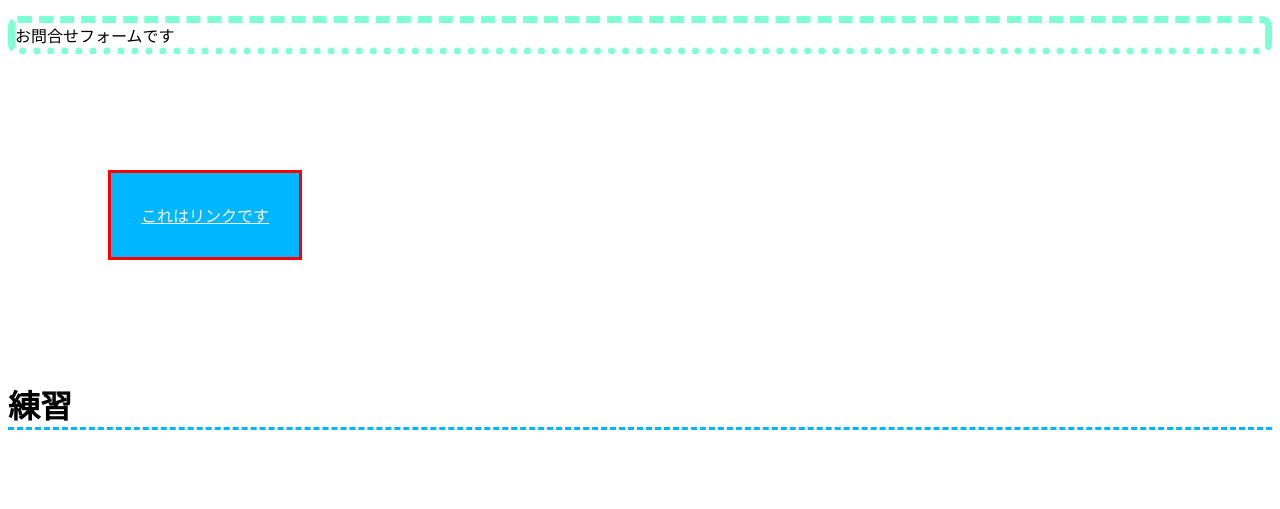
Repository: Jutta197/frontend726
Page: css_ex/box_model/index.html
The author's editor kept a copy of each file at every save. The page is drawn from the files as they stood at one save, then again after the next save.
The browser window is 1280 px wide. The pictures show the whole page.

Above is the page before, as saved 2023-07-28 15:08:12.

### css_ex/box_model/index.html
<!DOCTYPE html>
<html lang="en">

<head>
    <meta charset="UTF-8">
    <meta name="viewport" content="width=device-width, initial-scale=1.0">
    <title>Document</title>
    <link rel="stylesheet" href="style.css">
</head>

<body>
    <p>お問合せフォームです</p>
    <a href="">これはリンクです</a>
    <h1>練習</h1>

</body>

</html>

### css_ex/box_model/style.css
a {
    display: inline-block;
    background-color: rgb(0, 183, 255);
    color: white;
    /*borderを入れる*/
    border: 3px solid red;
    padding: 30px;
    margin: 100px;
}

p {
    border-style: dashed solid dotted;
    border-width: 7px;
    border-color: aquamarine;
    border-radius: 10px;
}

h1 {
    border-bottom: 3px dashed rgb(0, 183, 255);
}

After the next save:
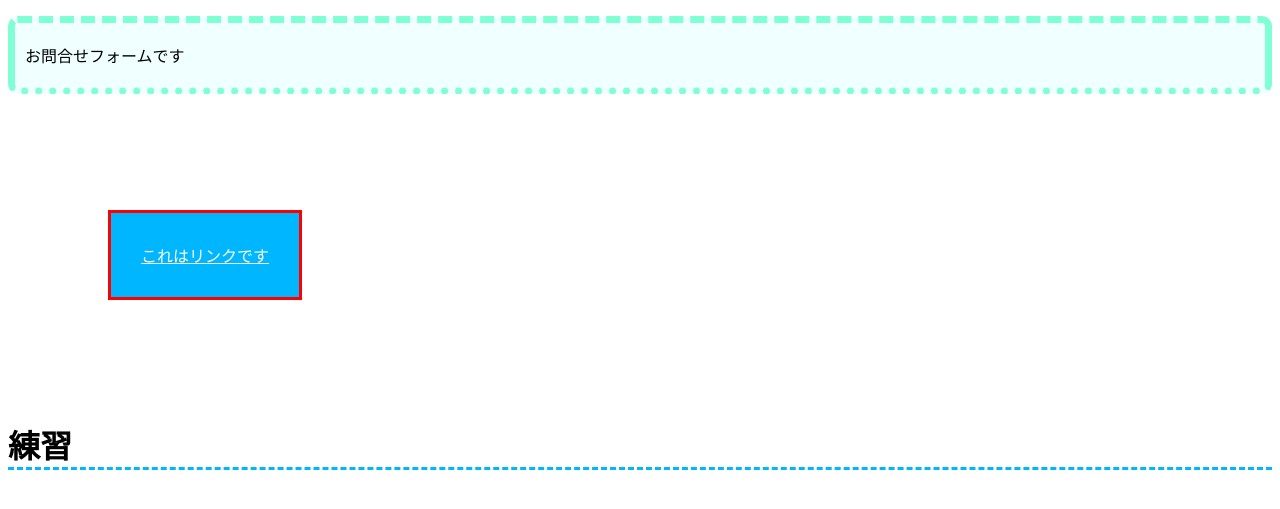
Saved 12 min 0 s later.
--- a/css_ex/box_model/style.css
+++ b/css_ex/box_model/style.css
@@ -13,6 +13,8 @@ p {
     border-width: 7px;
     border-color: aquamarine;
     border-radius: 10px;
+    padding: 20px 10px;
+    background-color: azure;
 }
 
 h1 {
